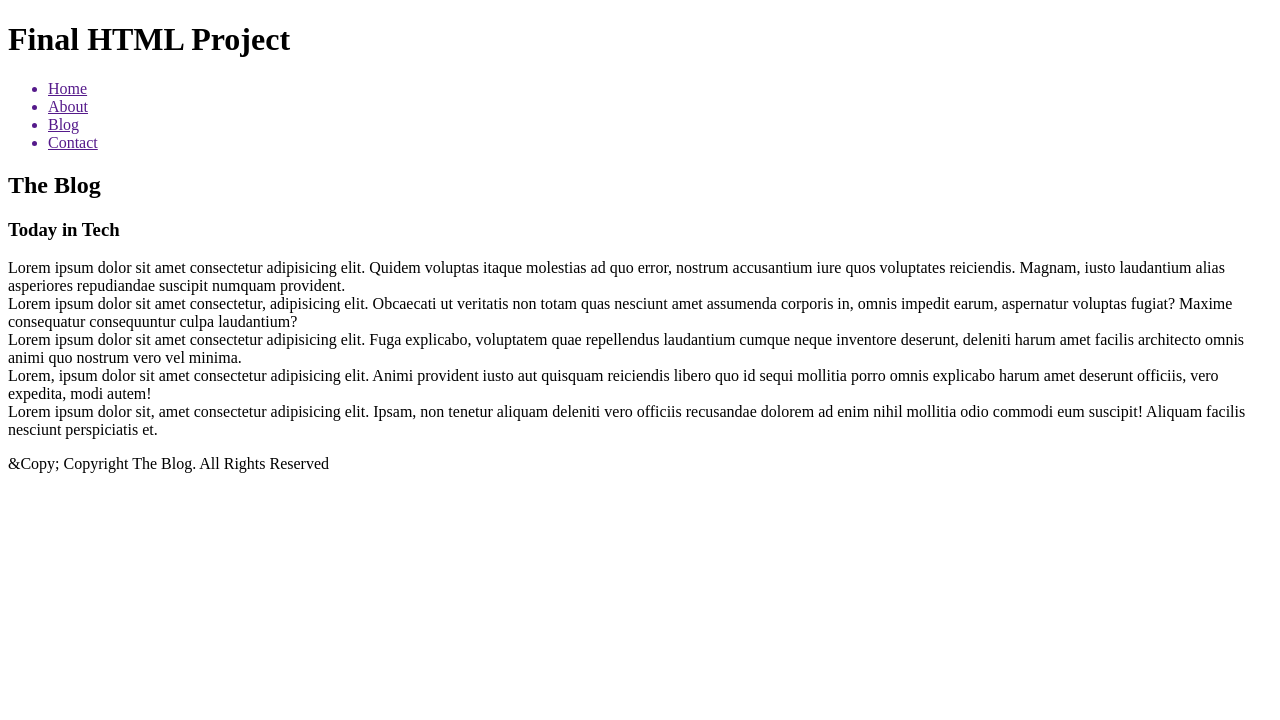
Repository: kmasih/finalHTMLProject
Page: index.HTML
The author's editor kept a copy of each file at every save. The page is drawn from the files as they stood at one save, then again after the next save.
The browser window is 1280 px wide. The pictures show the whole page.

Above is the page before, as saved 2018-05-28 01:12:36.

After the next save:
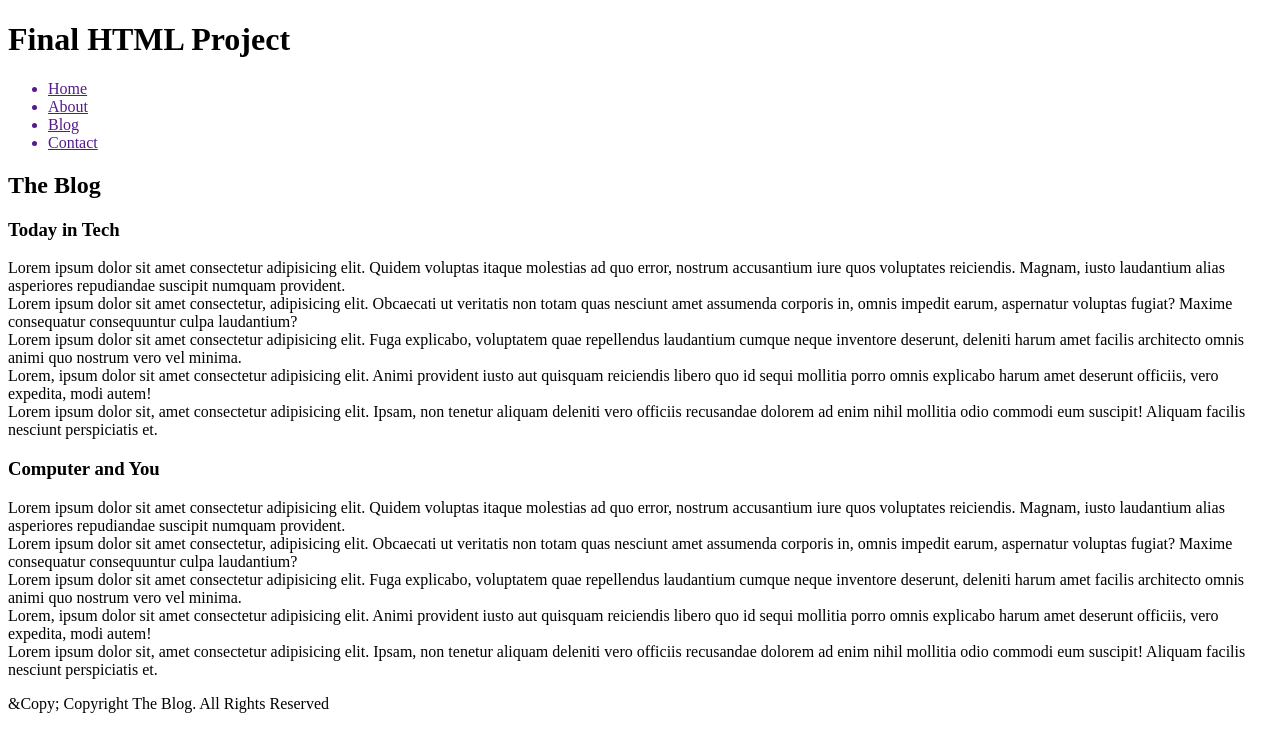
Saved 5 min 54 s later.
--- a/index.HTML
+++ b/index.HTML
@@ -58,6 +58,26 @@
 
             </p>
         </article>
+
+
+        <article>
+            <h3>Computer and You</h3>
+
+            <p>
+                Lorem ipsum dolor sit amet consectetur adipisicing elit. Quidem voluptas itaque molestias ad quo error, nostrum accusantium iure quos voluptates reiciendis. Magnam, iusto laudantium alias asperiores repudiandae suscipit numquam provident.
+                <br> Lorem ipsum dolor sit amet consectetur, adipisicing elit. Obcaecati ut veritatis non totam quas nesciunt amet assumenda corporis in, omnis impedit earum, aspernatur voluptas fugiat? Maxime consequatur consequuntur culpa laudantium?
+                <br> Lorem ipsum dolor sit amet consectetur adipisicing elit. Fuga explicabo, voluptatem quae repellendus laudantium cumque neque inventore deserunt, deleniti harum amet facilis architecto omnis animi quo nostrum vero vel minima.
+                <br> Lorem, ipsum dolor sit amet consectetur adipisicing elit. Animi provident iusto aut quisquam reiciendis libero quo id sequi mollitia porro omnis explicabo harum amet deserunt officiis, vero expedita, modi autem!
+                <br> Lorem ipsum dolor sit, amet consectetur adipisicing elit. Ipsam, non tenetur aliquam deleniti vero officiis recusandae dolorem ad enim nihil mollitia odio commodi eum suscipit! Aliquam facilis nesciunt perspiciatis et.
+                <br>
+
+            </p>
+        </article>
+
+
+
+
+
     </section>
 
 
